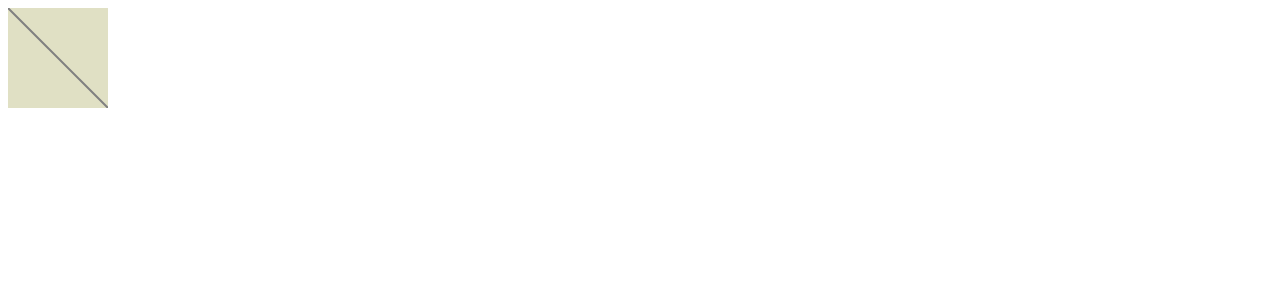
Repository: ReallyNguyen/responsive-web
Page: index.html
The author's editor kept a copy of each file at every save. The page is drawn from the files as they stood at one save, then again after the next save.
The browser window is 1280 px wide. The pictures show the whole page.

Above is the page before, as saved 2023-01-22 00:02:52.

### index.html
<!DOCTYPE html>
<html lang="en">

<head>
    <meta charset="UTF-8">
    <meta http-equiv="X-UA-Compatible" content="IE=edge">
    <meta name="viewport" content="width=device-width, initial-scale=1.0">
    <title>Document</title>
</head>

<footer>
    <object data="placeholder.svg" width="100" height="100"></object>
</footer>

<body>
<header class="header"></header>
</body>

</html>

After the next save:
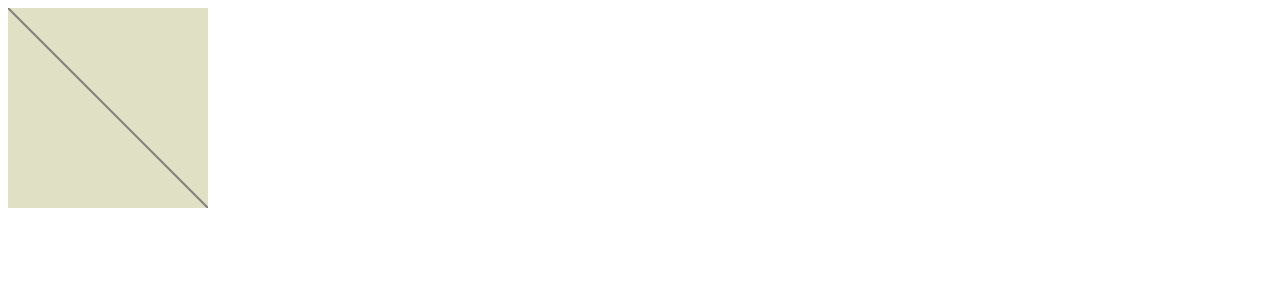
Saved 1 s later.
--- a/index.html
+++ b/index.html
@@ -9,7 +9,7 @@
 </head>
 
 <footer>
-    <object data="placeholder.svg" width="100" height="100"></object>
+    <object data="placeholder.svg" width="200" height="200"></object>
 </footer>
 
 <body>
